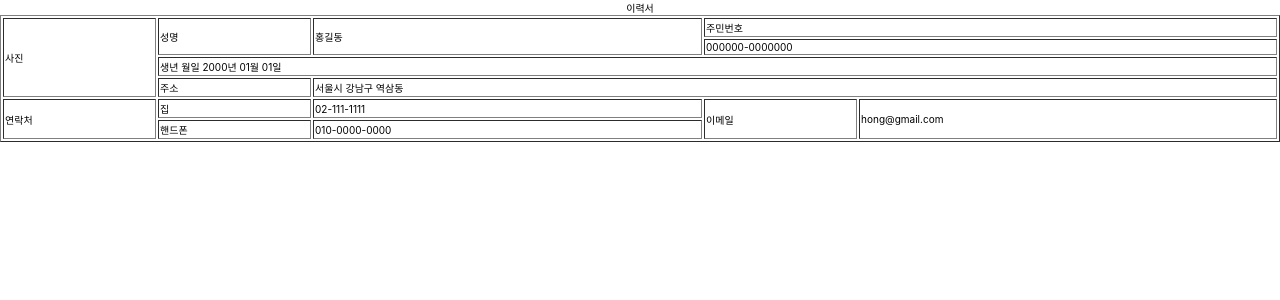
Repository: jiyeonyun/Resume
Page: / (app in resumes/)
An editor plug-in stored every save of this project. The page is shown before and after the next save, followed by the edit.
The browser window is 1280 px wide. The pictures show the whole page.
The project was rebuilt for these pictures with package versions that can differ from the ones it lists, and the page was loaded fresh each time. Also part of the build but not shown: resumes/src/data/edudata.js, resumes/src/components/educationalHIstory/educational.jsx, resumes/src/components/footer/footer.jsx.

Above is the page before, as saved 2022-05-25 15:35:21.

After the next save:
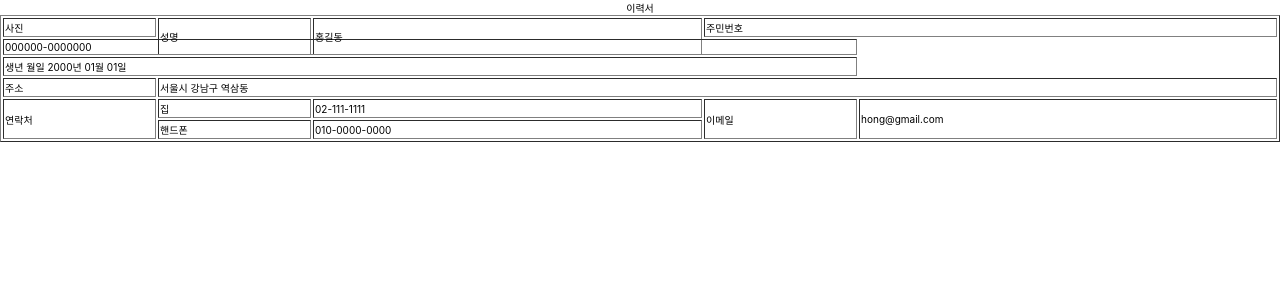
Saved 5 s later.
--- a/resumes/src/components/personalInfo/personalInfo.jsx
+++ b/resumes/src/components/personalInfo/personalInfo.jsx
@@ -5,7 +5,7 @@ const PersonalInfo = ({ personalInfoData }) => {
     <table border="1">
       <caption>이력서</caption>
       <tr>
-        <td rowspan="4">사진</td>
+        <td rowspan="">사진</td>
         <td rowspan="2">성명</td>
         <td rowspan="2">홍길동</td>
         <td colspan="2">주민번호</td>
